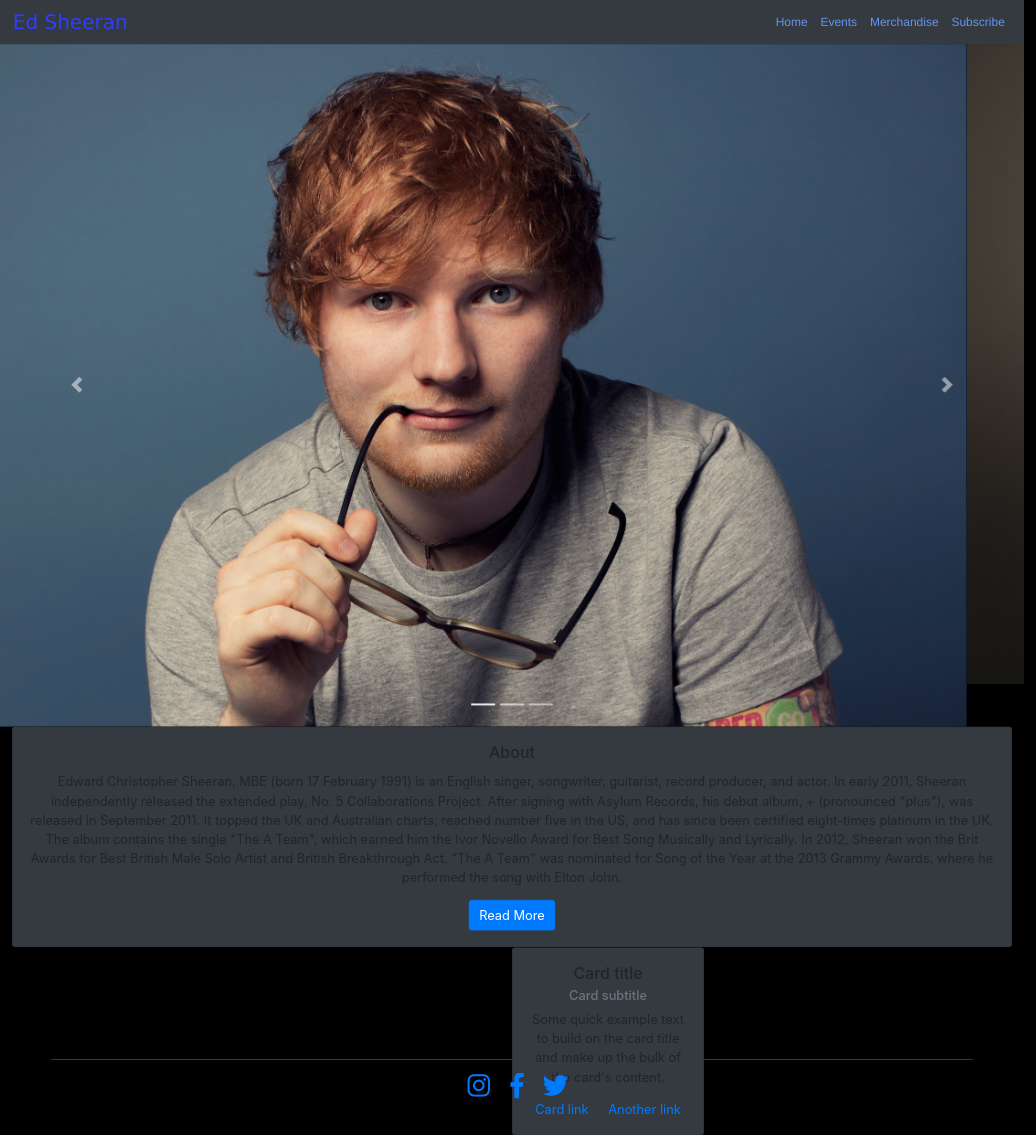
Repository: amit238/milestone-project-1
Page: index.html
The author's editor kept a record of every edit. The page is drawn from the files as they stood at one moment, then again after the next edit.
The browser window is 1280 px wide. The page is 1295 px wide, so the pictures cover 1295 px, including what lies to the right of the window. The pictures show the whole page, at 80% of full size.
Some web libraries are served in a nearby version.

Above is the page before.

After the next edit:
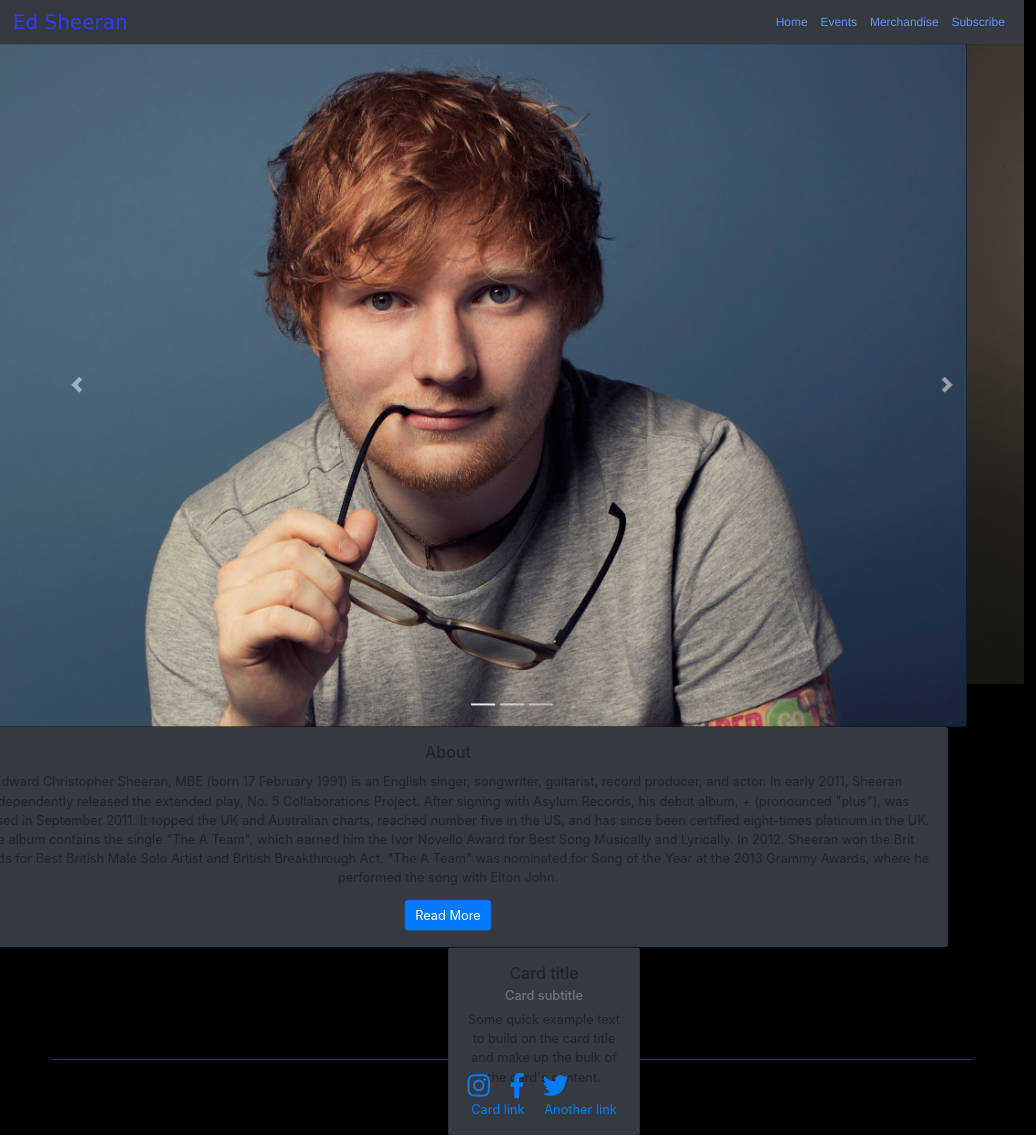
The edit:
--- a/assets/css/style.css
+++ b/assets/css/style.css
@@ -95,10 +95,10 @@
         background-image: none;
     }
 
-    .card {
-        position: relative;
-        left: 0em;
-    }
+    /*.card {*/
+    /*    position: relative;*/
+    /*    left: 0em;*/
+    /*}*/
 
 
 

After the 2 edits that followed:
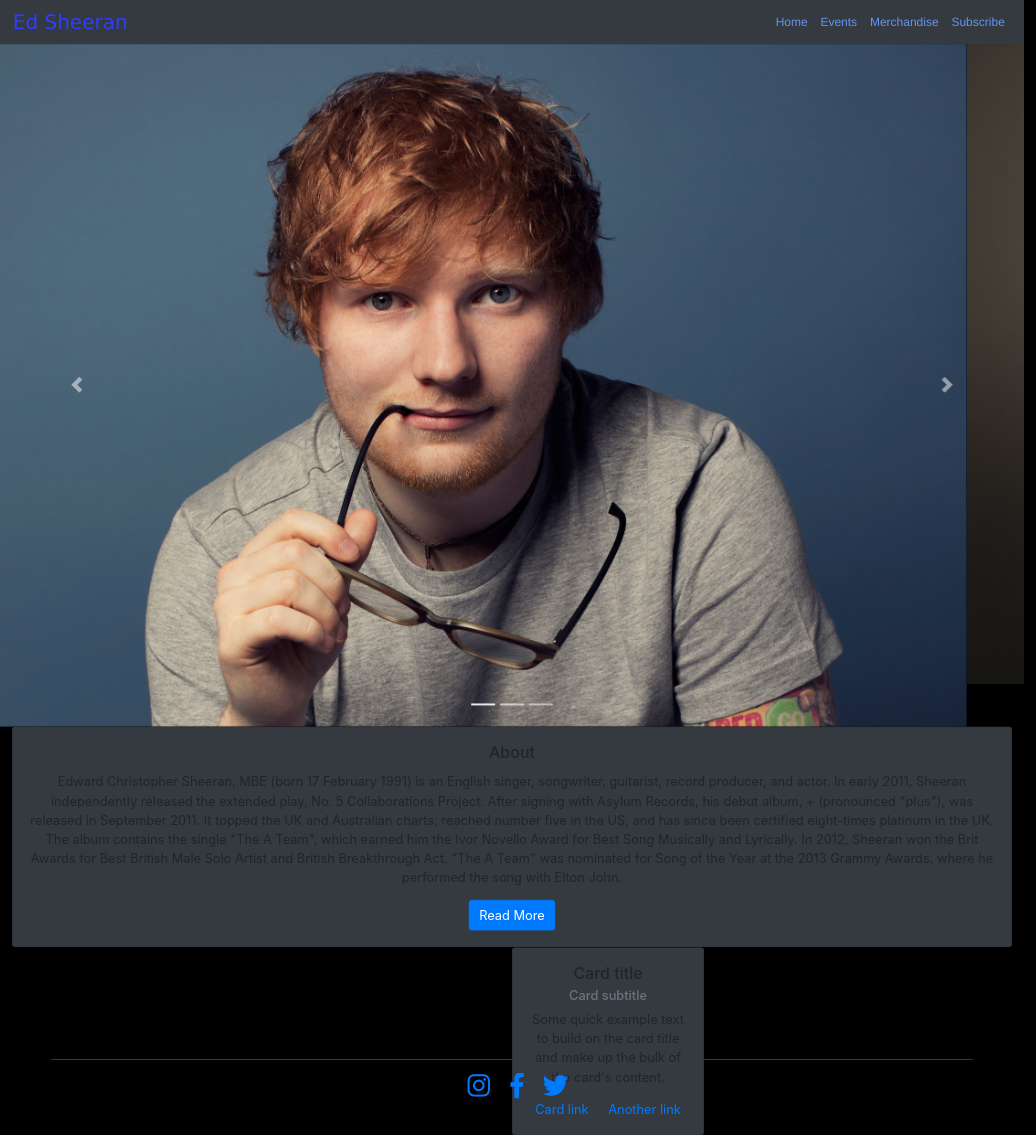
The 2 edits are shown as one change because 1 left the picture as it was.
The edit:
--- a/assets/css/style.css
+++ b/assets/css/style.css
@@ -41,14 +41,13 @@
 .container {
     /*position: relative;*/
     /*top: 2em;*/
-    margin: 5em;
 }
 
 /*--------------------ABOUT--------------------*/
 
 .card {
-    position: relative;
-    right: 5em;
+    /*position: relative;*/
+    /*right: 5em;*/
     background-color: #343a40;
     text-align: center;
     /*margin: 5px;*/
